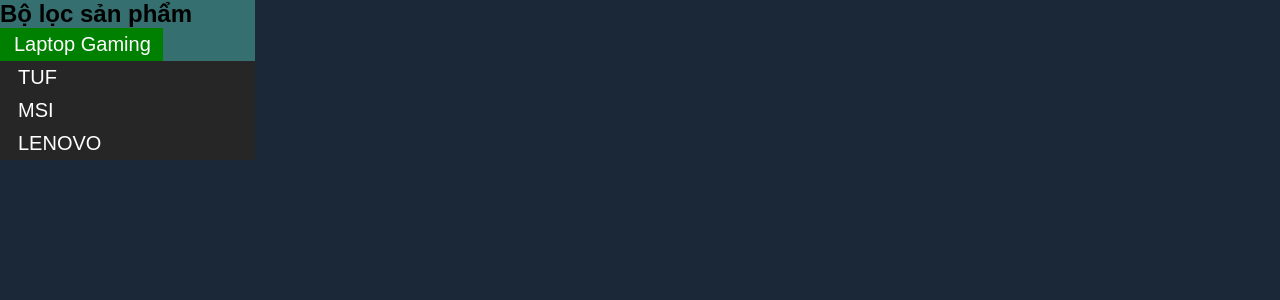
Repository: HPNChanel/DACS
Page: product.html
The author's editor kept a copy of each file at every save. The page is drawn from the files as they stood at one save, then again after the next save.
The browser window is 1280 px wide. The pictures show the whole page.
After loading, the first visible `button.dropdown-btn` was clicked once.

Above is the page before, as saved 2023-04-11 17:32:04.

After the next save:
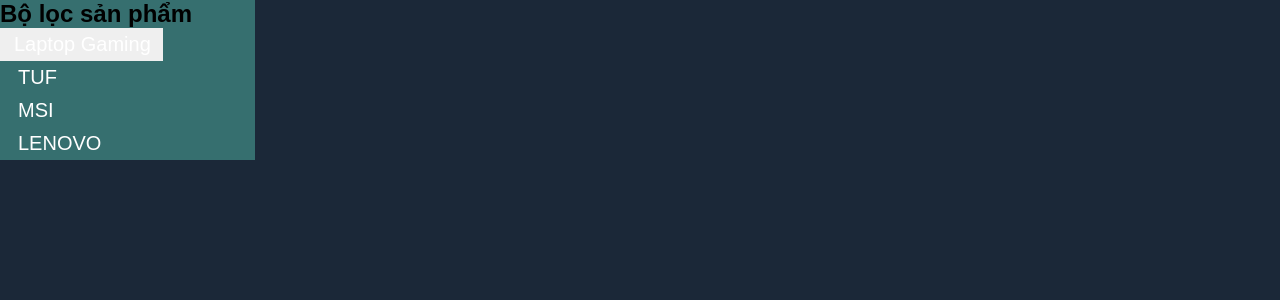
Saved 21 s later.
--- a/style/product.css
+++ b/style/product.css
@@ -37,10 +37,8 @@ body {
 }
 .dropdown-container {
     display: none;
-    background-color: #262626;
     padding-left: 8px;
 }
 .active {
-    background-color: green;
     color: white;
 }
